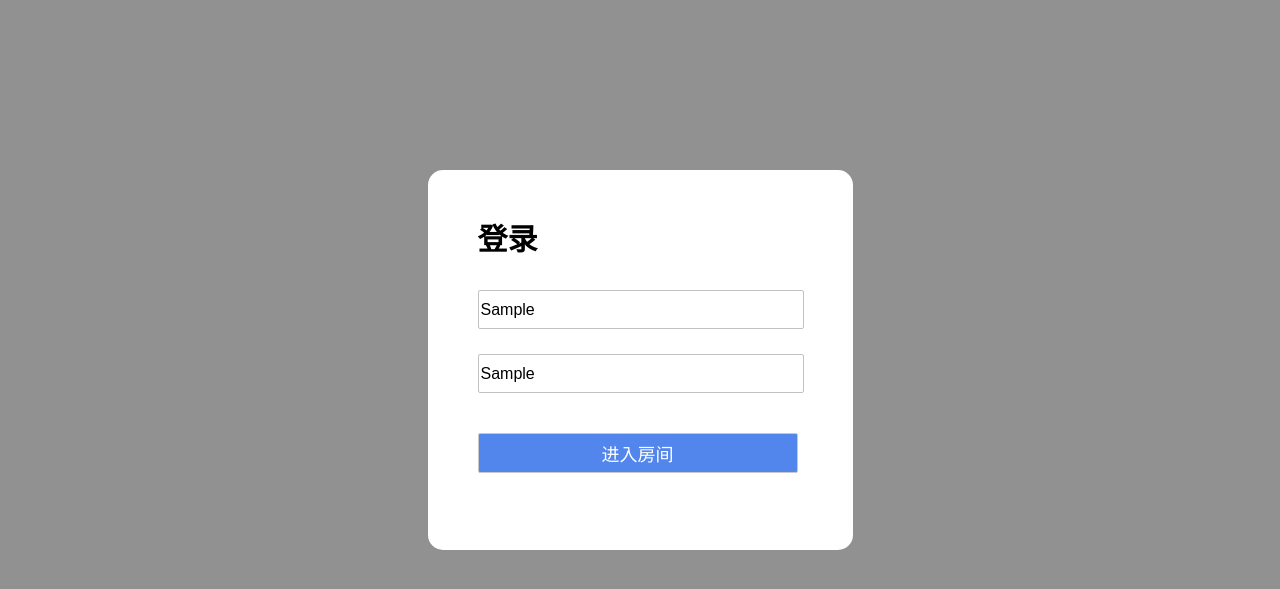
Repository: sjtu-course/homework
Page: GongZening/Week2/Web/LoginPage.html
The author's editor kept a copy of each file at every save. The page is drawn from the files as they stood at one save, then again after the next save.
The browser window is 1280 px wide. The pictures show the whole page.
Empty fields were first filled with sample values (such as "Sample", 5 or name@example.com).
After loading, the first visible `#enter_button` was clicked once.

Above is the page before, as saved 2020-11-09 16:36:49.

### GongZening/Week2/Web/LoginPage.html
<!DOCTYPE html>
<html>
    <head>
        <meta charset="utf-8">
        <title>LoginPage</title>
        <style>
            input::-webkit-input-placeholder{
                color:#c1c1c1;
                font-size: 16px;
                padding-left: 25px;
            }
        </style>
        <link rel="stylesheet" type="text/css" href="css/Round_Rect.css" />
        <link rel="stylesheet" type="text/css" href="css/Login.css" />
        <link rel="stylesheet" type="text/css" href="css/Edit_Text.css" />
        <link rel="stylesheet" type="text/css" href="css/Button.css" />
        <link rel="stylesheet" type="text/css" href="css/Reset.css" />
        <script src="js/Button_Click.js"></script>
    </head>

    <body style="background-color: #919191;">
        <div id="round_rect">
            <h1 id="login">登录</h1>
            <input type="text" id="room_text" class="edit_text" placeholder="房间ID" style="margin-top: 45px;">
            <input type="text" id="user_text" class="edit_text" placeholder="用户ID" style="margin-top: 25px;">
            <button id="enter_button" class="button" onclick="enter_room()">进入房间</button>
        </div>
    </body>
</html>

### GongZening/Week2/Web/css/Round_Rect.css
@charset "utf-8";
#round_rect{
	width: 425px;
	height: 380px;
	background-color: white;
	/* 圆角大小 */
	border-radius: 15px;
	/* 位置居中 */
	position: absolute;
	margin: auto;
	top: 0;
	right: 0;
	left: 0;
	bottom: 0;
}

### GongZening/Week2/Web/css/Login.css
@charset "utf-8";
#login{
    font-size: 30px;
    color: black;
    margin-top: 45px;
    margin-left: 50px;
    height: 30px;
}

### GongZening/Week2/Web/css/Edit_Text.css
@charset "utf-8";
.edit_text{
    width: 320px;
    height: 35px;
    margin-left: 50px;
    margin-top: 0px;
    border-radius: 2px;
    border:1px solid #c1c1c1;
    font-size: 16px;
}

### GongZening/Week2/Web/css/Button.css
@charset "utf-8";
.button{
    width: 320px;
    height: 40px;
    margin-left: 50px;
    margin-top: 40px;
    border-radius: 2px;
    background-color: #c8c8c8;
    color: white;
    border:1px solid #c8c8c8;
    font-size: 18px;
}

### GongZening/Week2/Web/css/Reset.css
@charset "utf-8";
body,p,h1,h2,h3,h4,h5,h6,dl,dd{
    margin:0;
    font-size:12px;
/* font-family:XX; */
}
ol,ul{
    list-style:none;
    padding:0;
    margin:0;
}
a{
    text-decoration:none;
}
img{
    border:none;
}
/* 默认样式重置 (css reset)  */

### GongZening/Week2/Web/js/Button_Click.js
function enter_room(){
    var room = document.getElementById("room_text").nodeValue;
    var user = document.getElementById("user_text").nodeValue;
    // document.getElementById("enter_button").removeAttribute("disabled", true);
    // document.getElementById("enter_button").style.color="#5286ed";

    if (room == "" || user == ""){
        document.getElementById("enter_button").setAttribute("disabled", true);

    }
    else{
        // document.getElementById("enter_button").removeAttribute("disabled", true);
        document.getElementById("enter_button").style.backgroundColor = "#5286ed";
        // document.getElementById('enter_button').style.border = '1px #5286ed solid'
        alert(room);
    }
}

After the next save:
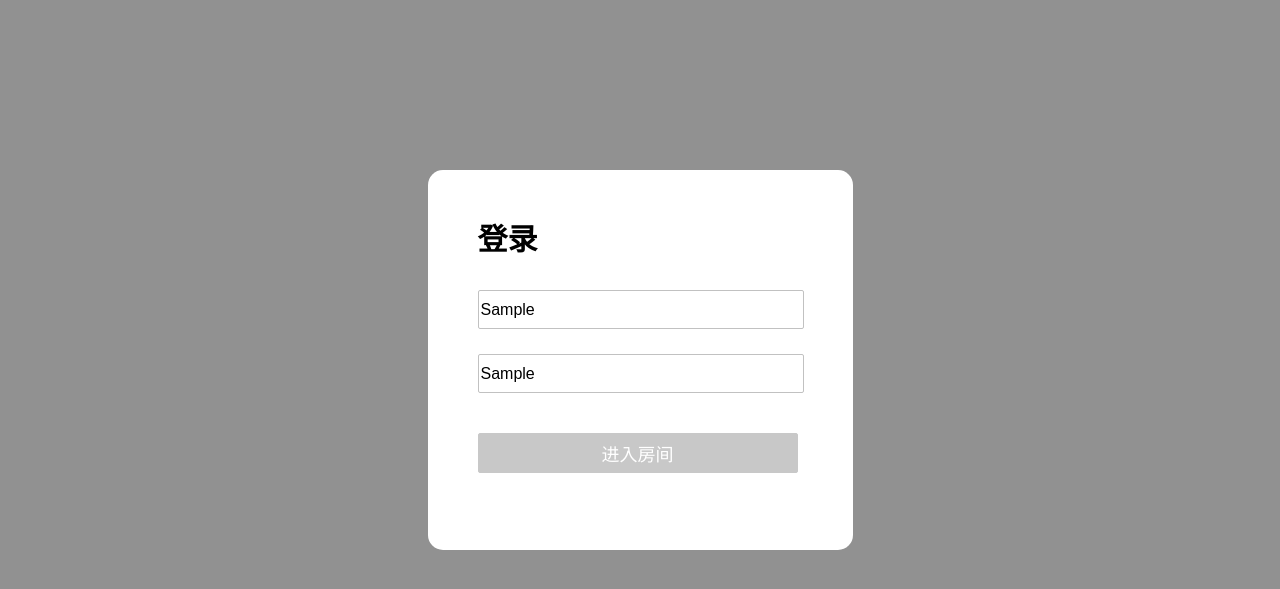
Saved 11 s later.
--- a/GongZening/Week2/Web/js/Button_Click.js
+++ b/GongZening/Week2/Web/js/Button_Click.js
@@ -4,7 +4,7 @@
     // document.getElementById("enter_button").removeAttribute("disabled", true);
     // document.getElementById("enter_button").style.color="#5286ed";
 
-    if (room == "" || user == ""){
+    if (room == null || user == null){
         document.getElementById("enter_button").setAttribute("disabled", true);
 
     }

After the 4 saves that followed:
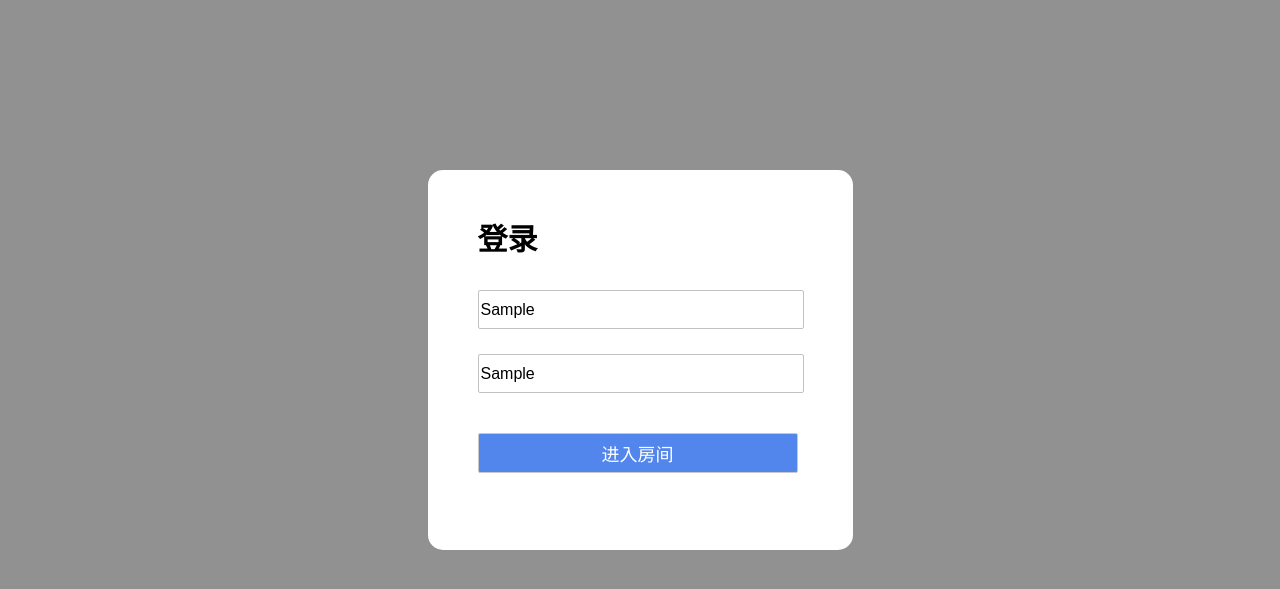
The 4 saves are shown as one change because 3 left the picture as it was.
The last was saved 2 min 45 s later.
--- a/GongZening/Week2/Web/js/Button_Click.js
+++ b/GongZening/Week2/Web/js/Button_Click.js
@@ -1,17 +1,18 @@
 function enter_room(){
-    var room = document.getElementById("room_text").nodeValue;
-    var user = document.getElementById("user_text").nodeValue;
-    // document.getElementById("enter_button").removeAttribute("disabled", true);
+    var room = document.getElementById("room_text").value;
+    var user = document.getElementById("user_text").value;
     // document.getElementById("enter_button").style.color="#5286ed";
 
     if (room == null || user == null){
-        document.getElementById("enter_button").setAttribute("disabled", true);
-
+        // document.getElementById("enter_button").setAttribute("disabled", true);
+        alert(room);
     }
     else{
         // document.getElementById("enter_button").removeAttribute("disabled", true);
+
+        // document.getElementById("enter_button").removeAttribute("disabled", true);
         document.getElementById("enter_button").style.backgroundColor = "#5286ed";
         // document.getElementById('enter_button').style.border = '1px #5286ed solid'
-        alert(room);
+
     }
 }
